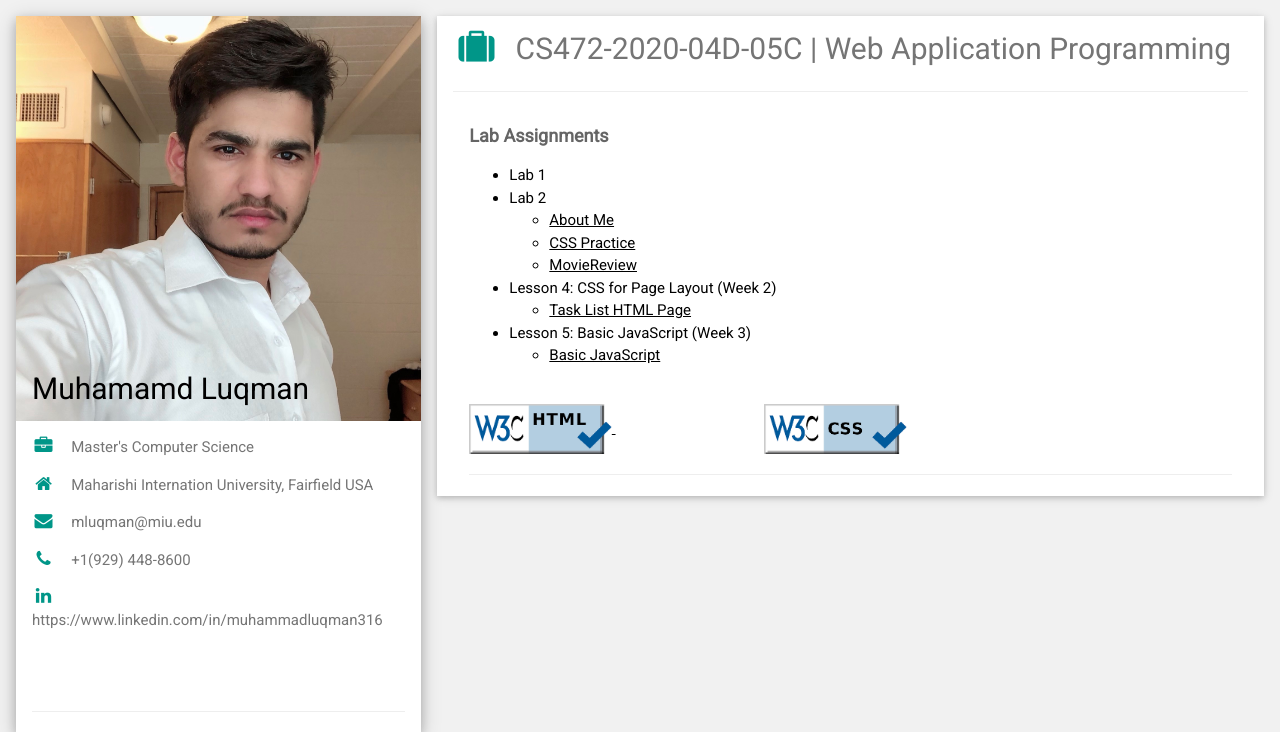
Repository: luqmang316/luqmang316.github.io
Page: index.html
The author's editor kept a copy of each file at every save. The page is drawn from the files as they stood at one save, then again after the next save.
The browser window is 1280 px wide. The pictures show the whole page.

Above is the page before, as saved 2021-07-18 15:09:16.

### index.html
<!DOCTYPE html>
<html lang="en">
<title>Home</title>
<meta charset="UTF-8">
<meta name="viewport" content="width=device-width, initial-scale=1">
<link rel="stylesheet" href="https://www.w3schools.com/w3css/4/w3.css">
<link rel='stylesheet' href='https://fonts.googleapis.com/css?family=Roboto'>
<link rel="stylesheet" href="https://cdnjs.cloudflare.com/ajax/libs/font-awesome/4.7.0/css/font-awesome.min.css">
<style>
    html,
    body,
    h1,
    h2,
    h3,
    h4,
    h5,
    h6 {
        font-family: "Roboto", sans-serif
    }
</style>

<body class="w3-light-grey">

    <!-- Page Container -->
    <div class="w3-content w3-margin-top" style="max-width:1400px;">

        <!-- The Grid -->
        <div class="w3-row-padding">

            <!-- Left Column -->
            <div class="w3-third">

                <div class="w3-white w3-text-grey w3-card-4">
                    <div class="w3-display-container">
                        <img src="./images/luqman.jpg" style="width:100%" alt="Avatar">
                        <div class="w3-display-bottomleft w3-container w3-text-black">
                            <h2>Muhamamd Luqman</h2>
                        </div>

                    </div>
                    <div class="w3-container">
                        <p><i class="fa fa-briefcase fa-fw w3-margin-right w3-large w3-text-teal"></i>Master's Computer Science</p>
                        <p><i class="fa fa-home fa-fw w3-margin-right w3-large w3-text-teal"></i>Maharishi Internation University, Fairfield USA</p>
                        <p><i class="fa fa-envelope fa-fw w3-margin-right w3-large w3-text-teal"></i>mluqman@miu.edu</p>
                        <p><i class="fa fa-phone fa-fw w3-margin-right w3-large w3-text-teal"></i>+1(929) 448-8600</p>
                        <p><i class="fa fa-linkedin fa-fw w3-margin-right w3-large w3-text-teal"></i>https://www.linkedin.com/in/muhammadluqman316</p>
                        <br>
                        <br>
                        <hr>
                    </div>
                </div>

                <!-- End Left Column -->
            </div>

            <!-- Right Column -->
            <div class="w3-twothird">

                <div class="w3-container w3-card w3-white w3-margin-bottom">
                    <h2 class="w3-text-grey w3-padding-12"><i class="fa fa-suitcase fa-fw w3-margin-right w3-xxlarge w3-text-teal"></i>CS472-2020-04D-05C | Web Application Programming</h2>
                    <hr>

                    <div class="w3-container">
                        <h5 class="w3-opacity"><b>Lab Assignments</b></h5>

                        <ul class="menu">
                            <li> Lab 1 </li>
                            <li> Lab 2
                                <ul class="inside">
                                    <li> <a href="aboutme.html">About Me</a></li>
                                    <li> <a href="CSSPractice/index.html">CSS Practice</a></li>
                                    <li> <a href="MovieReview/tmnt.html">MovieReview </a></li>
                                </ul>
                            </li>
                            <li>Lesson 4: CSS for Page Layout (Week 2)

                                <ul class="inside">
                                    <li> <a href="Tasklist/tasklist.html">Task List HTML Page</a></li>
                                </ul>
                            </li>
                            <li>Lesson 5: Basic JavaScript (Week 3)
                                <ul class="inside">
                                    <li> <a href="BasicJavaScript/BasicJavaScript.html">Basic JavaScript</a></li>
                                </ul>
                            </li>

                            <!-- <li>Lesson 6: Scope, closures and encapsulation
                                <ul class="inside">
                                    <li> <a href="ScopeClosuresEncapsulation/ScopeClosuresEncapsulation.html">Scope, closures and encapsulation</a></li>
                                </ul>

                            </li>

                            <li>Lesson 7: (Objects, Modules, Inheritance) ASCII Animation
                                <ul class="inside">
                                    <li> <a href="ReImplementLab5/ReImplementLab5.html">Re-implement the Lab 5</a></li>
                                    <li> <a href="ASCIImation_files/ASCIImation.html">Implement the ASCIIanimation.</a></li>
                                </ul>

                            </li>

                            <li>LECTURE9: DOM, JQUERY (Maze)
                                <ul class="inside">
                                    <li> <a href="MazeGame/Maze.html">Maze Game</a></li>
                                </ul>

                            </li>

                            <li>Lab 9</li>
                            <li>Lab 10</li> -->

                        </ul>
                        <br>

                        <i class="w3-hover-opacity">
            <a href="https://validator.w3.org/check/referer">
              <img src="./images/w3chtmlvalidlogo.png" alt="W3C HTML Validator" height="50">
            </a>
            </i>
                        <i> &nbsp; &nbsp; &nbsp; &nbsp; &nbsp; &nbsp; &nbsp; &nbsp; &nbsp; &nbsp;   &nbsp; &nbsp; &nbsp; &nbsp; &nbsp; &nbsp; &nbsp; &nbsp; &nbsp; &nbsp; </i>
                        <i class="w3-hover-opacity">
            <a href="https://jigsaw.w3.org/css-validator/check/referer">
              <img src="./images/w3ccssvalidlogo.png" alt="W3C HTML Validator" height="50">
            </a>
           </i>
                        <br>
                        <hr>
                    </div>


                </div>


                <!-- End Right Column -->
            </div>

            <!-- End Grid -->
        </div>

        <!-- End Page Container -->
    </div>





</body>

</html>

After the next save:
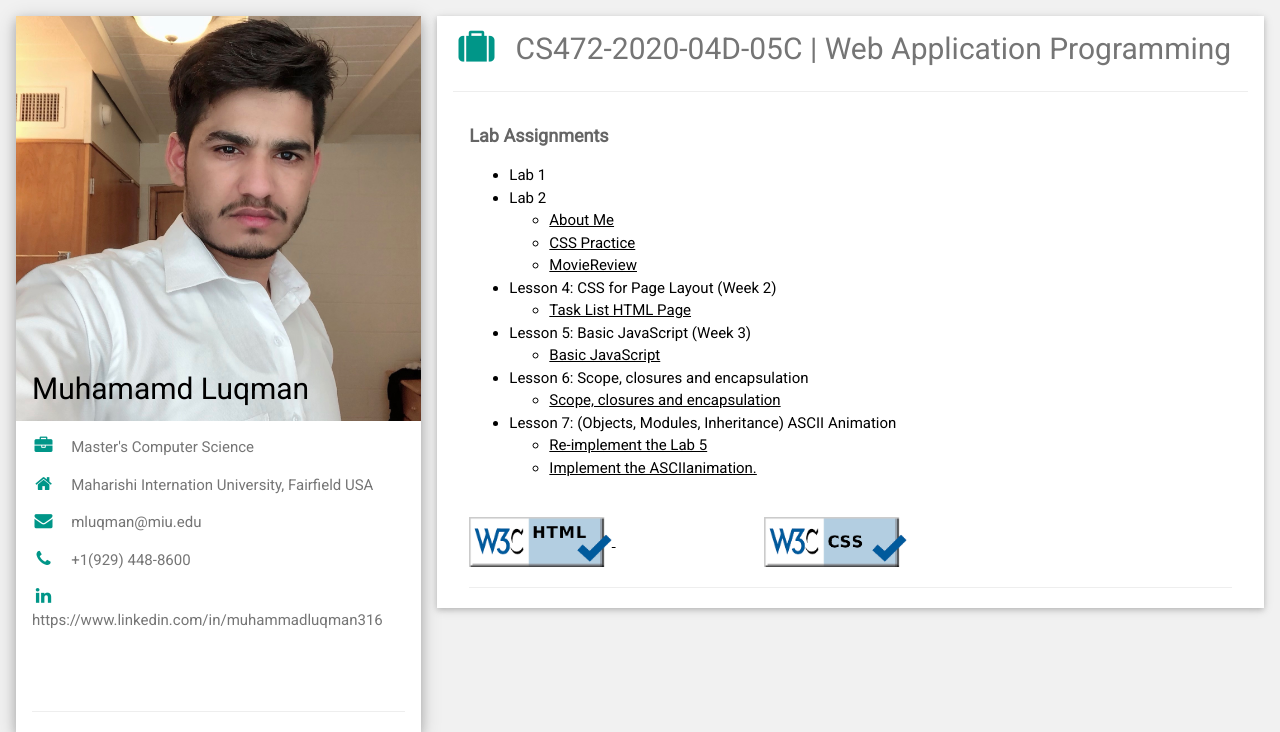
Saved 6 days later.
--- a/index.html
+++ b/index.html
@@ -84,7 +84,7 @@
                                 </ul>
                             </li>
 
-                            <!-- <li>Lesson 6: Scope, closures and encapsulation
+                            <li>Lesson 6: Scope, closures and encapsulation
                                 <ul class="inside">
                                     <li> <a href="ScopeClosuresEncapsulation/ScopeClosuresEncapsulation.html">Scope, closures and encapsulation</a></li>
                                 </ul>
@@ -99,7 +99,7 @@
 
                             </li>
 
-                            <li>LECTURE9: DOM, JQUERY (Maze)
+                            <!-- <li>LECTURE9: DOM, JQUERY (Maze)
                                 <ul class="inside">
                                     <li> <a href="MazeGame/Maze.html">Maze Game</a></li>
                                 </ul>
